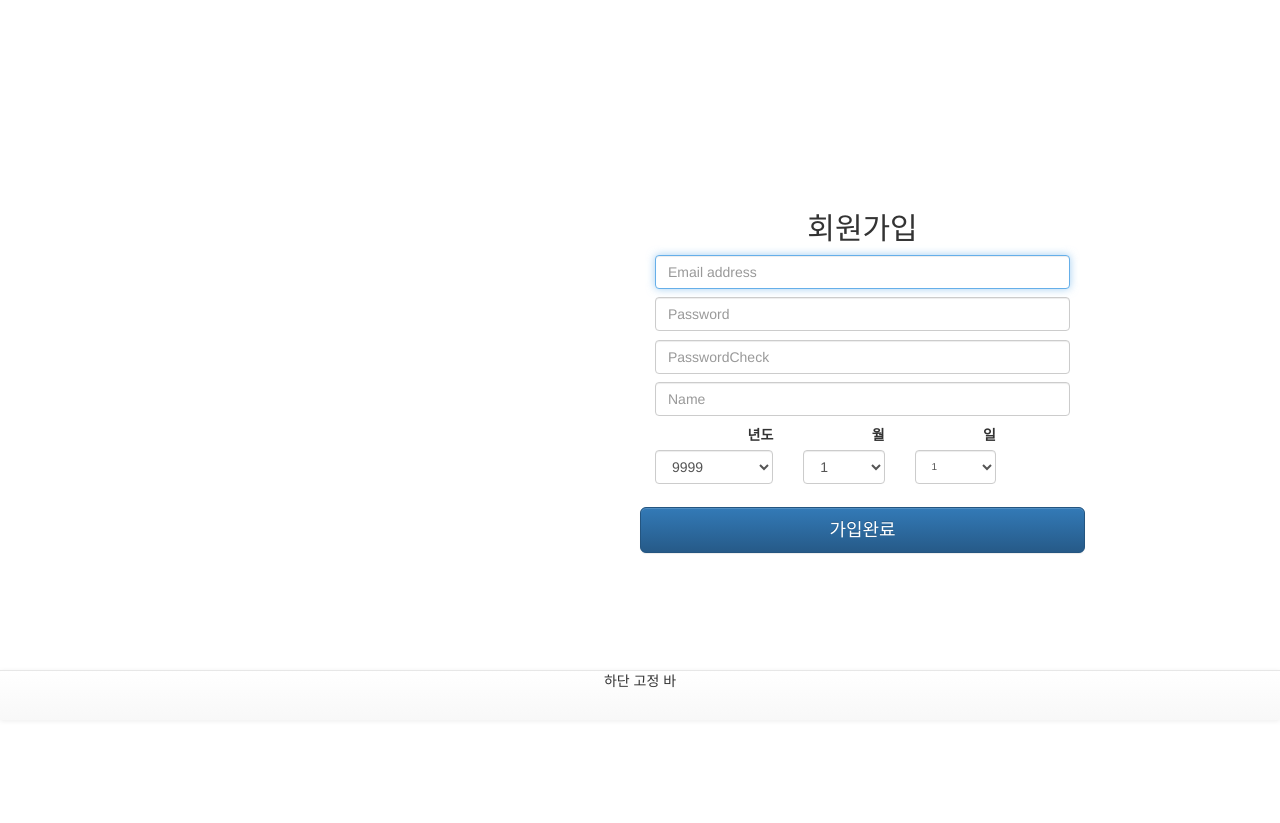
Repository: hrhwbp/Acorn-Final-Project
Page: http://localhost/final_project/index.jsp
These files come from the project's save history. The page is drawn as it stood at one moment and after the next save; the edit follows.
The browser window is 1280 px wide. The pictures show the whole page.
Some web libraries are served in a nearby version. The page is served by Tomcat 9. Nobody is signed in. The application's start-up code is not run.

Above is the page before, as saved 2016-10-26 07:11:41.

After the next save:
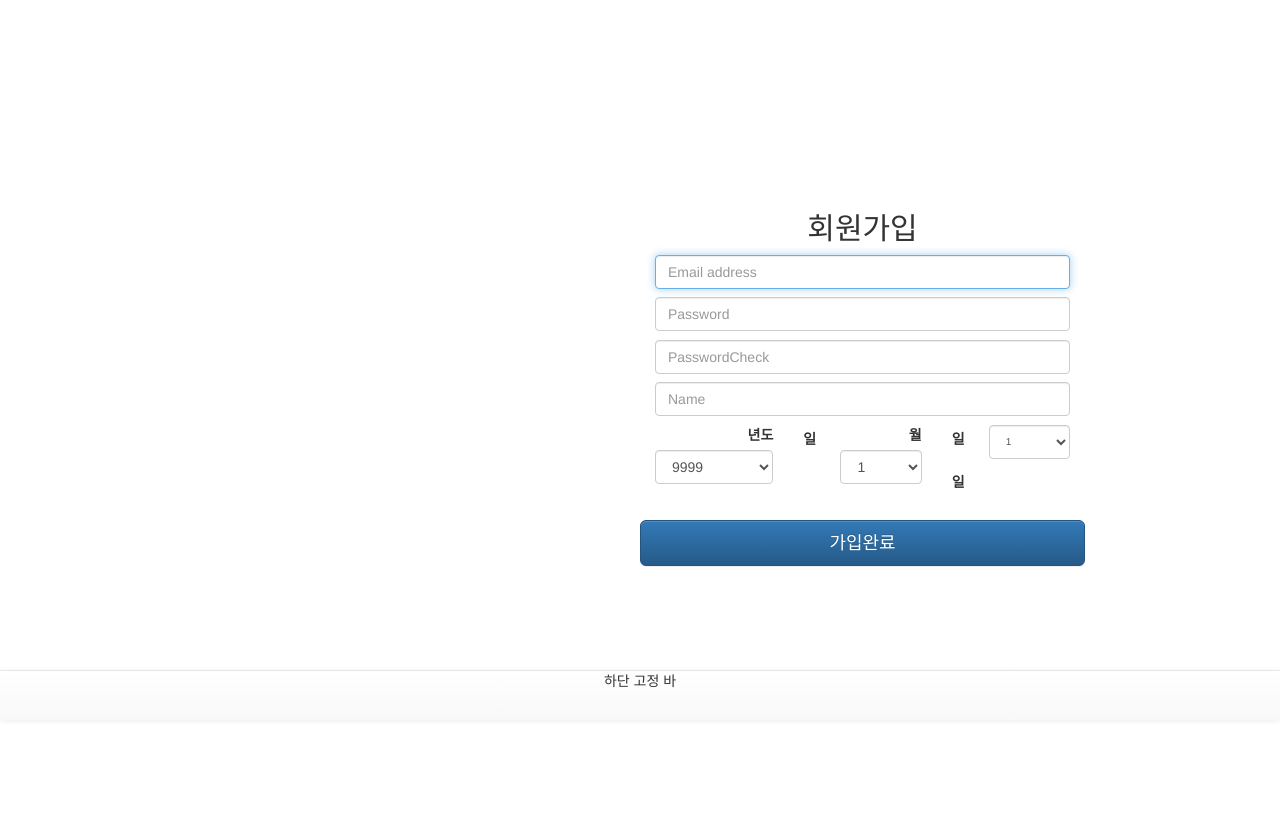
Saved 58 s later.
--- a/final_project/src/main/webapp/index.jsp
+++ b/final_project/src/main/webapp/index.jsp
@@ -91,7 +91,9 @@
 							<option>1115</option>
 						</select>
 					</div>
-
+					<div class="col-md-1 lbl_pd text-center">
+						<label class="" for="ss">일</label>
+					</div>
 					<div class="col-md-3 top_pd text-right">
 						<label class="">월</label>
 						<select class="form-control">
@@ -102,9 +104,11 @@
 							<option>10</option>
 						</select>
 					</div>
+					<div class="col-md-1 lbl_pd text-center">
+						<label class="" for="ss">일</label>
+					</div>
+					<div class="col-md-3 top_pd text-right">
 
-					<div class="col-md-3 top_pd text-right">
-						<label class="" for="ss">일</label>
 						<select id="ss" class="form-control" style="font-size: 10px">
 							<option>1</option>
 							<option>2</option>
@@ -112,6 +116,9 @@
 							<option>4</option>
 							<option>10</option>
 						</select>
+					</div>
+					<div class="col-md-1 lbl_pd text-center">
+						<label class="" for="ss">일</label>
 					</div>
 					</div>
 					<div class="row top_pd">
